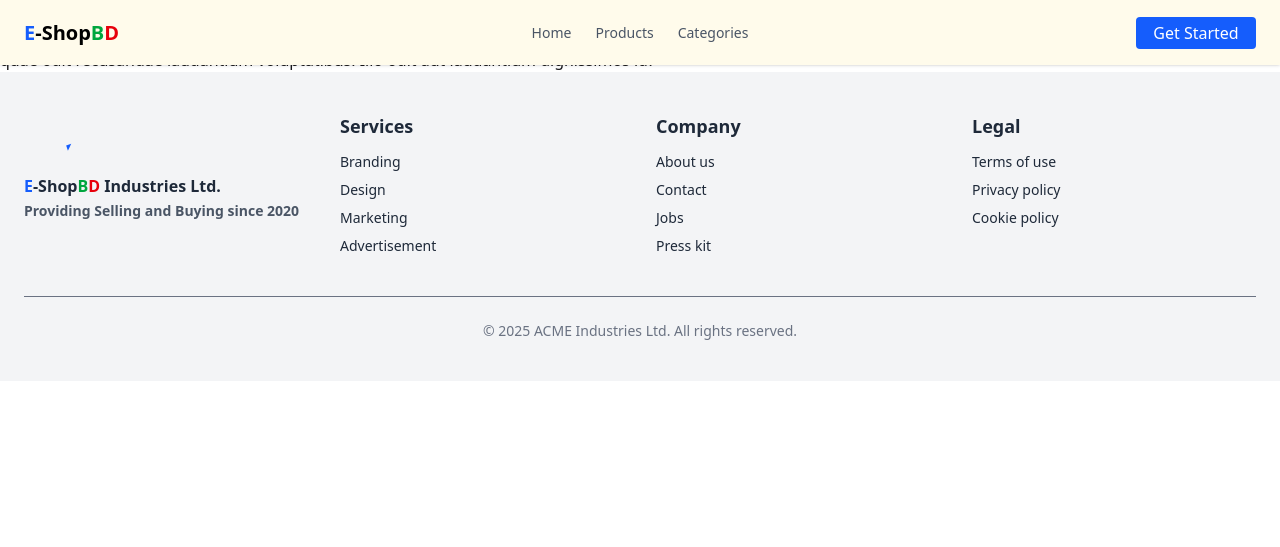
Repository: syedbayzid82849/E-shopBD
Page: /dashboard
The author's editor kept a copy of each file at every save. The page is drawn from the files as they stood at one save, then again after the next save.
The browser window is 1280 px wide. The pictures show the whole page.
The page's requests for data from a server got no answer. The project was rebuilt for these pictures with package versions that can differ from the ones it lists, and the page was loaded fresh each time. The framework's server and built-in components were replaced by stand-ins that run in the browser. No one was signed in, and anything a server would have sent is missing. Also part of the build but not shown: next.config.mjs.

Above is the page before, as saved 2025-08-26 15:02:04.

### src/app/layout.js
import { Geist, Geist_Mono } from "next/font/google";
import "./globals.css";
import Navbar from "./components/Navbar";
import Footer from "./components/Footer";
import NextAuthProvider from "@/Providers/NextAuthProvider";

const geistSans = Geist({
  variable: "--font-geist-sans",
  subsets: ["latin"],
});

const geistMono = Geist_Mono({
  variable: "--font-geist-mono",
  subsets: ["latin"],
});

export const metadata = {
  title: "Create Next App",
  description: "Generated by create next app",
};

export default function RootLayout({ children }) {
  return (
    <html lang="en" suppressHydrationWarning>
      <body className={`${geistSans.variable} ${geistMono.variable}`}>
        <NextAuthProvider>
          <nav>
            <Navbar />
          </nav>
          <main>
            {children}
          </main>
          <footer>
            <Footer />
          </footer>
        </NextAuthProvider>
      </body>
    </html>
  );
}

### src/app/dashboard/page.jsx
import React from 'react'

export default function Dashboard() {
  return (
    <div>Dashboard
        <p>Welcome to your dashboard! Lorem ipsum dolor, sit amet consectetur adipisicing elit. Voluptatum voluptate iure eveniet harum ab! Commodi eveniet itaque sed doloribus, quae odit recusandae laudantium voluptatibus. Illo odit aut laudantium dignissimos id?</p>
    </div>
  )
}

### src/app/components/Navbar.jsx
"use client";
import { useState } from "react";
import Link from "next/link";
import { usePathname } from "next/navigation";
import { signIn, signOut, useSession } from "next-auth/react";

export default function Navbar() {
    const [isOpen, setIsOpen] = useState(false);
    const pathname = usePathname();
    const session = useSession();
    const sessionStatus = session?.status;
    const isActive = (path) =>
        pathname === path
            ? "bg-gray-100 text-orange-500 font-semibold"
            : " text-gray-600";

    const navMenu = () => {
        return (
            <>
                <li>
                    <Link href="/" className={isActive("/")}>
                        Home
                    </Link>
                </li>
                <li>
                    <Link href="/products" className={isActive("/products")}>
                        Products
                    </Link>
                </li>
                <li>
                    <Link href="/categories" className={isActive("/categories")}>
                        Categories
                    </Link>
                </li>
                {
                    sessionStatus === "authenticated" && (
                        <li>
                            <Link href="/dashboard" className={isActive("/dashboard")}>
                                Dashboard
                            </Link>
                        </li>
                    )
                }
            </>
        );
    };


    return (
        <div className="navbar bg-amber-50 shadow-sm fixed z-50 md:px-6">
            <div className="navbar-start">
                <div className="dropdown ">
                    <div tabIndex={0} role="button" className="btn btn-ghost lg:hidden">
                        <svg xmlns="http://www.w3.org/2000/svg" className="h-5 w-5 text-black " fill="none" viewBox="0 0 24 24" stroke="currentColor"> <path strokeLinecap="round" strokeLinejoin="round" strokeWidth="2" d="M4 6h16M4 12h8m-8 6h16" /> </svg>
                    </div>
                    <ul
                        tabIndex={0}
                        className="dropdown-content bg-white  rounded z-50 mt-3 w-52 p-2 shadow"
                    >
                        {navMenu()}
                    </ul>
                </div>
                <a className=" text-xl font-bold">
                    <span className="text-blue-600">E</span>
                    <span className="text-black">-Shop</span>
                    <span className="text-green-600">B</span>
                    <span className="text-red-600">D</span></a>
            </div>
            <div className="navbar-center hidden lg:flex">
                <ul className="menu menu-horizontal px-1">
                    {navMenu()}
                </ul>
            </div>
            <div className="navbar-end">
                {session?.status === 'authenticated' ? (
                    <div className="flex items-center space-x-3">
                        <img
                            src={session?.user?.image || "https://ibb.co.com/fYF7ppg4"}
                            alt="profile"
                            className="w-11 rounded-full border border-gray-500 shadow-2xs"
                        />
                        <button
                            onClick={() => {
                                if (window.confirm("Are you sure you want to log out?")) {
                                    signOut();
                                }
                            }}
                            className="px-3 py-1 rounded bg-red-500 text-white hover:bg-red-600"
                        >
                            Logout
                        </button>

                    </div>
                ) : (
                    <div className="flex items-center space-x-3">
                        {/* <button
                            onClick={() => signIn()}
                            className="w-30  py-1 rounded bg-indigo-500 text-white hover:bg-indigo-600"
                        >
                            Login
                        </button> */}
                        <Link
                            href="/register"
                            className="w-30 bg-blue-600 text-white py-1 rounded hover:bg-blue-700 text-center"
                        >
                            Get Started
                        </Link>
                    </div>
                )}

            </div>
        </div>
    );
}

### src/app/components/Footer.jsx
import React from 'react'

export default function Footer() {
    return (
        <>
            <footer className="bg-gray-100 text-gray-800 py-10 px-6">
                <div className="max-w-7xl mx-auto grid grid-cols-1 sm:grid-cols-2 md:grid-cols-4 gap-8">

                    {/* Logo & About */}
                    <div>
                        <svg
                            width="50"
                            height="50"
                            viewBox="0 0 24 24"
                            xmlns="http://www.w3.org/2000/svg"
                            className="fill-current text-blue-600 mb-3"
                        >
                            <path d="M22.672 15.226l-2.432.811.841 2.515c..."></path>
                        </svg>
                        <p className="font-semibold">
                            <span className="text-blue-600">E</span>
                            <span>-Shop</span>
                            <span className="text-green-600">B</span>
                            <span className="text-red-600">D</span> Industries Ltd. <br />
                            <span className="text-sm text-gray-600">
                                Providing Selling and Buying since 2020
                            </span>
                        </p>
                    </div>

                    {/* Services */}
                    <div>
                        <h6 className="text-lg font-bold mb-3">Services</h6>
                        <ul className="space-y-2 text-sm">
                            <li><a href="#" className="hover:text-blue-600">Branding</a></li>
                            <li><a href="#" className="hover:text-blue-600">Design</a></li>
                            <li><a href="#" className="hover:text-blue-600">Marketing</a></li>
                            <li><a href="#" className="hover:text-blue-600">Advertisement</a></li>
                        </ul>
                    </div>

                    {/* Company */}
                    <div>
                        <h6 className="text-lg font-bold mb-3">Company</h6>
                        <ul className="space-y-2 text-sm">
                            <li><a href="#" className="hover:text-blue-600">About us</a></li>
                            <li><a href="#" className="hover:text-blue-600">Contact</a></li>
                            <li><a href="#" className="hover:text-blue-600">Jobs</a></li>
                            <li><a href="#" className="hover:text-blue-600">Press kit</a></li>
                        </ul>
                    </div>

                    {/* Legal */}
                    <div>
                        <h6 className="text-lg font-bold mb-3">Legal</h6>
                        <ul className="space-y-2 text-sm">
                            <li><a href="#" className="hover:text-blue-600">Terms of use</a></li>
                            <li><a href="#" className="hover:text-blue-600">Privacy policy</a></li>
                            <li><a href="#" className="hover:text-blue-600">Cookie policy</a></li>
                        </ul>
                    </div>
                </div>

                {/* Bottom section */}
                <div className="mt-10 border-t pt-6 text-center text-sm text-gray-500">
                    © {new Date().getFullYear()} ACME Industries Ltd. All rights reserved.
                </div>
            </footer></>
    )
}

### src/Providers/NextAuthProvider.jsx
"use client";
import { SessionProvider } from "next-auth/react";

export default function NextAuthProvider({ children }) {
    return <SessionProvider>{children}</SessionProvider>;
}

Loaded but not shown: src/app/globals.css (common file)

After the next save:
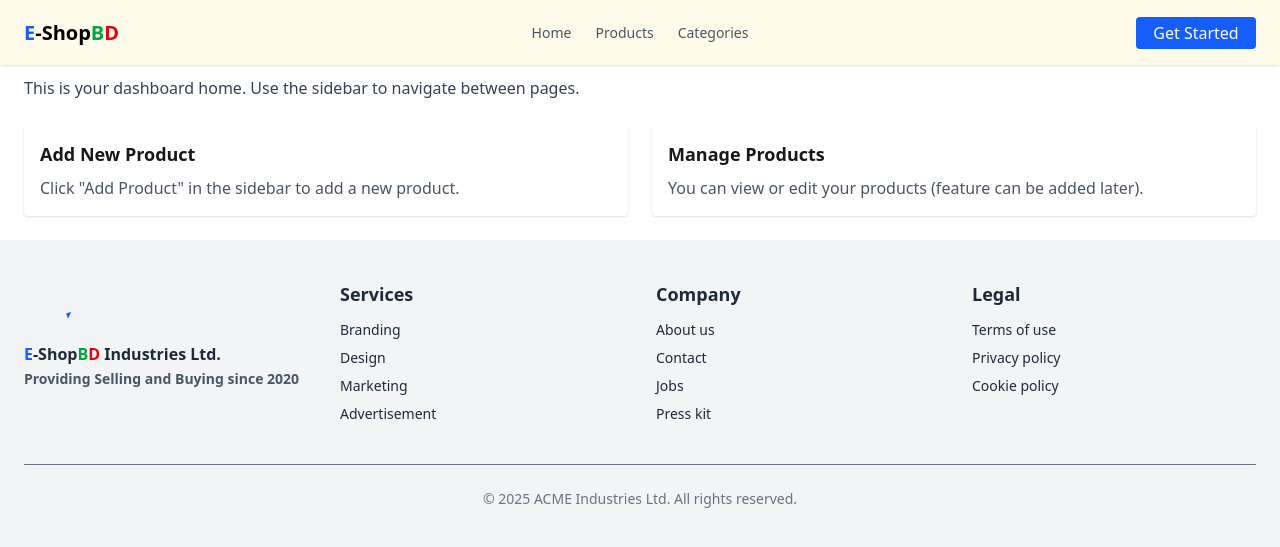
Saved 19 min 46 s later.
--- a/src/app/dashboard/page.jsx
+++ b/src/app/dashboard/page.jsx
@@ -1,9 +1,30 @@
-import React from 'react'
+"use client";
 
-export default function Dashboard() {
+export default function DashboardHome() {
   return (
-    <div>Dashboard
-        <p>Welcome to your dashboard! Lorem ipsum dolor, sit amet consectetur adipisicing elit. Voluptatum voluptate iure eveniet harum ab! Commodi eveniet itaque sed doloribus, quae odit recusandae laudantium voluptatibus. Illo odit aut laudantium dignissimos id?</p>
+    <div className="p-6">
+      <h1 className="text-3xl font-bold mb-4">Welcome to Your Dashboard</h1>
+      <p className="text-gray-700 mb-6">
+        This is your dashboard home. Use the sidebar to navigate between pages.
+      </p>
+
+      <div className="grid grid-cols-1 md:grid-cols-2 gap-6">
+        {/* Card 1 */}
+        <div className="p-4 bg-white rounded shadow hover:shadow-lg transition">
+          <h2 className="font-semibold text-lg">Add New Product</h2>
+          <p className="text-gray-600 mt-2">
+            Click "Add Product" in the sidebar to add a new product.
+          </p>
+        </div>
+
+        {/* Card 2 */}
+        <div className="p-4 bg-white rounded shadow hover:shadow-lg transition">
+          <h2 className="font-semibold text-lg">Manage Products</h2>
+          <p className="text-gray-600 mt-2">
+            You can view or edit your products (feature can be added later).
+          </p>
+        </div>
+      </div>
     </div>
-  )
+  );
 }
